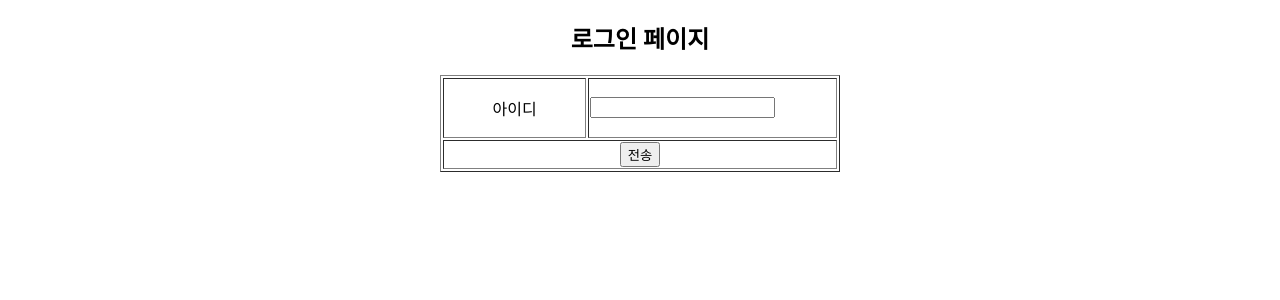
Repository: Parkjaeseong94/JspPractice1
Page: http://localhost/JSP1/RequestLogin.jsp
These files come from the project's save history. The page is drawn as it stood at one moment and after the next save; the edit follows.
The browser window is 1280 px wide. The pictures show the whole page.
The page is served by Tomcat 9.

Above is the page before, as saved 2024-02-16 01:37:29.

After the next save:
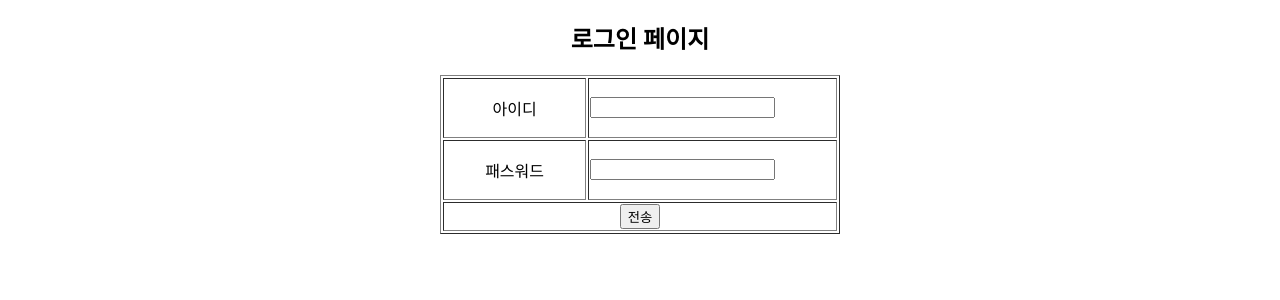
Saved 2 min 6 s later.
--- a/JSP1/src/main/webapp/RequestLogin.jsp
+++ b/JSP1/src/main/webapp/RequestLogin.jsp
@@ -19,12 +19,19 @@
 				<input type="text" name="id">
 			</td>
 		</tr>
+		<tr height="60">
+			<td align="center" width="150"> 패스워드 </td>
+			<td align="Left" width="250">
+				<input type="password" name="pass">
+				</td>
 		<tr heights="60">
 			<td colspan="2" align="center">
 			<input type="submit" value="전송">
 		</td>
 		</tr>
 		</table>
+
+
 		</form>
 		</center>
 
